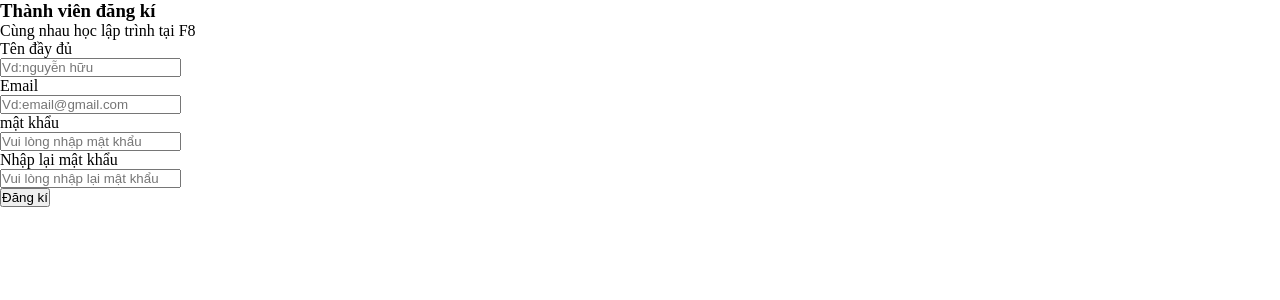
Repository: HuunvDev/Validator
Page: index.html
The author's editor kept a copy of each file at every save. The page is drawn from the files as they stood at one save, then again after the next save.
The browser window is 1280 px wide. The pictures show the whole page.

Above is the page before, as saved 2022-08-20 09:04:12.

### index.html
<!DOCTYPE html>
<html lang="en">
<head>
    <meta charset="UTF-8">
    <meta http-equiv="X-UA-Compatible" content="IE=edge">
    <meta name="viewport" content="width=device-width, initial-scale=1.0">
    <title>validator</title>
    <link rel="stylesheet" href="style.css">
</head>
<body>
    <div class="main">
        <form action="" method="POST" class="form" id="form-1">
            <h3 class="heading">Thành viên đăng kí</h3>
            <p class="desc">Cùng nhau học lập trình tại F8</p>
            <div class="pacer"></div>
            <div class="form-group">
                <label for="fullName" class="form-lable">Tên đầy đủ</label><br>
                <input type="text" id="fullName" name="fullName" placeholder="Vd:nguyễn hữu"><br>
                <span class="form-message"></span>
            </div>
            <div class="form-group">
                <label for="email" class="form-lable">Email</label><br>
                <input type="text" id="email" name="email" placeholder="Vd:email@gmail.com"><br>
                <span class="form-message"></span>
            </div>
            <div class="form-group">
                <label for="password" class="form-lable">mật khẩu</label><br>
                <input type="text" id="password" name="password" placeholder="Vui lòng nhập mật khẩu"><br>
                <span class="form-message"></span>
            </div>
            <div class="form-group">
                <label for="password_confirmation" class="form-lable">Nhập lại mật khẩu</label><br>
                <input type="text" id="password_confirmation" name="password_confirmation" placeholder="Vui lòng nhập lại mật khẩu"><br>
                <span class="form-message"></span>
            </div>
           <button class="form-submit">Đăng kí</button>
        </form>
    </div>
    <script src="main.js"></script>
</body>
</html>

### style.css

*{
    margin:0;
    padding:0;
    overflow: hidden;
}
body{
    background-color:#fff;
}

### main.js
var fullName = document.getElementById('fullName');
var message = document.getElementsByClassName("form-message");
fullName.onblur = function(){
    if(!fullName.value){
        message.innerText ="Vui lòng nhập trường này";
    }
}

After the next save:
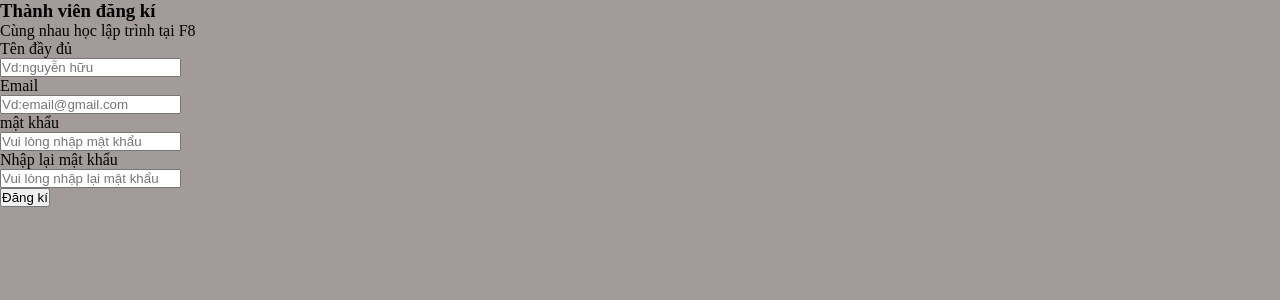
Saved 4 s later.
--- a/style.css
+++ b/style.css
@@ -5,5 +5,5 @@
     overflow: hidden;
 }
 body{
-    background-color:#fff;
+    background-color:rgb(163, 154, 154);
 }
